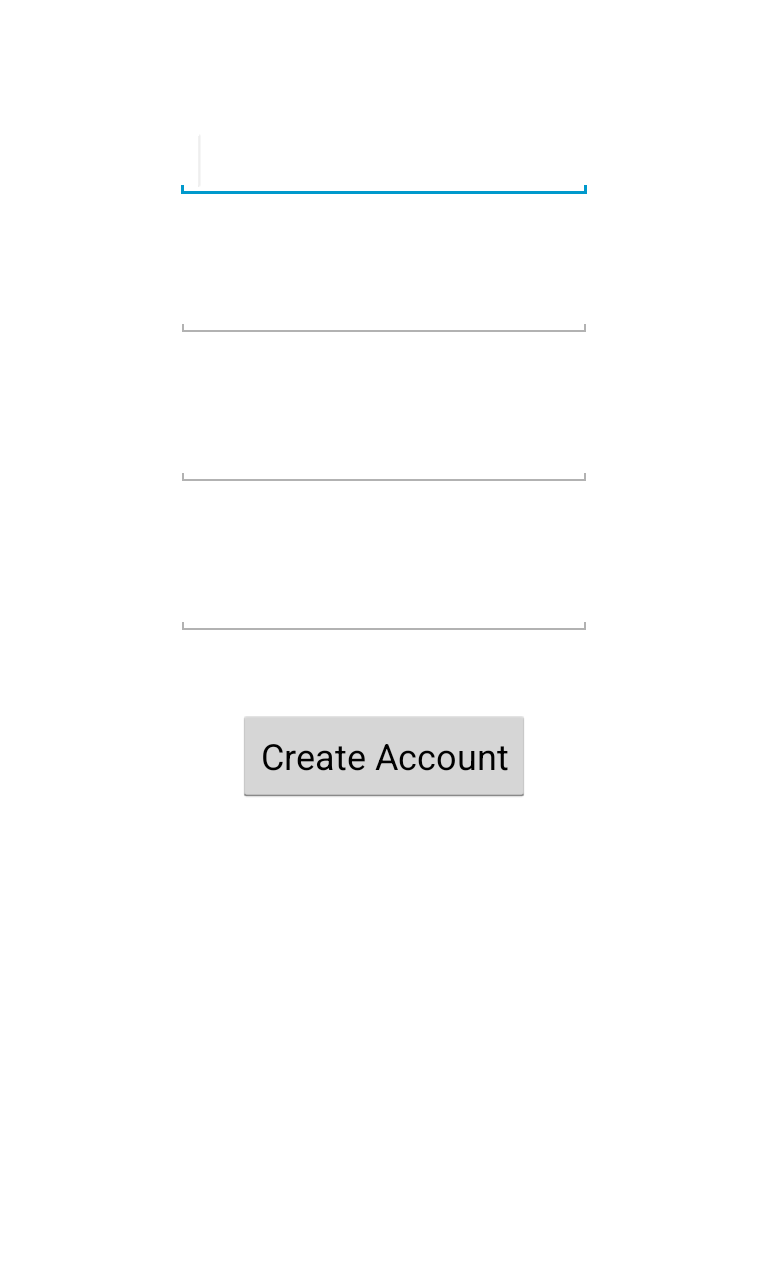
Repository: NarenPamza/Android_Template
Layout: LastNightParty/res/layout/activity_create_new_account.xml
These files come from the project's save history. The layout is drawn as it stood at one moment and after the next save; the edit follows.
It is drawn on a 768 x 1280 px phone screen (xhdpi) without system bars, with theme AppTheme; the app's code is not run.

Above is the layout before, as saved 2015-12-25 13:55:57.

After the next save:
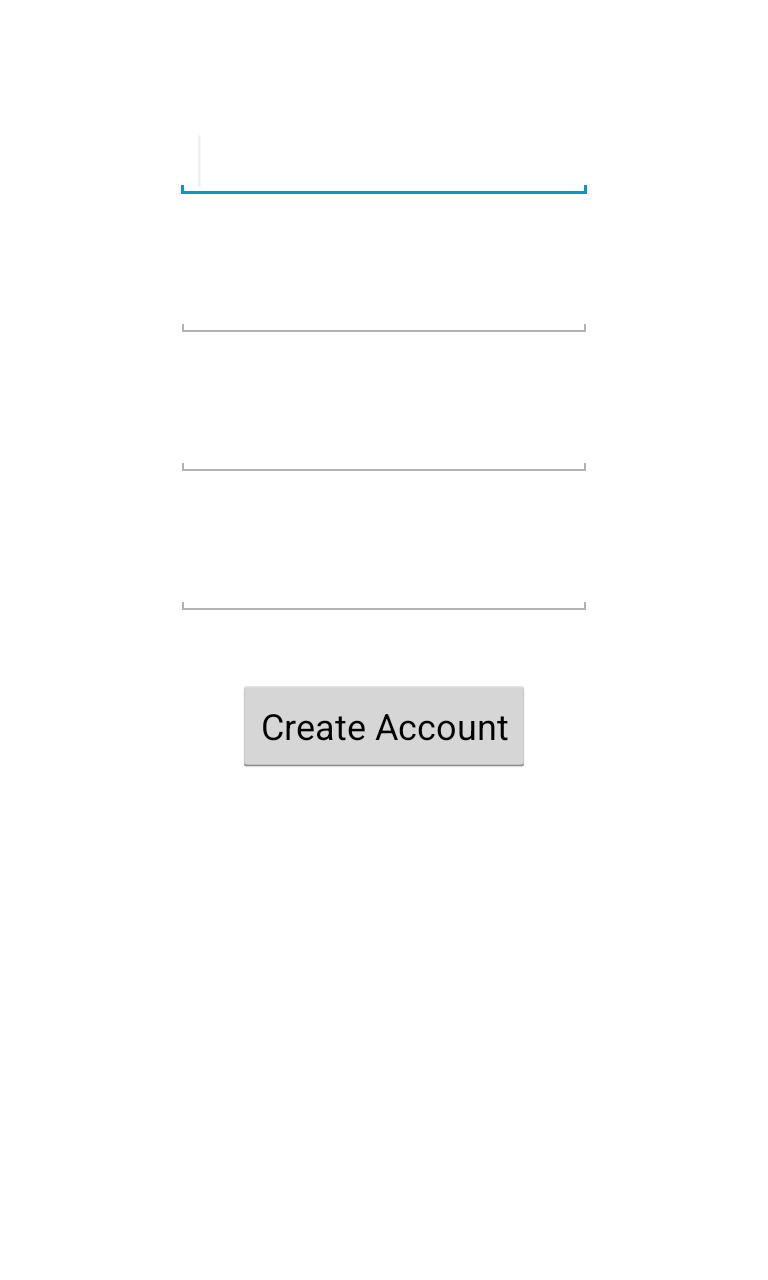
Saved 12 s later.
--- a/LastNightParty/res/layout/activity_create_new_account.xml
+++ b/LastNightParty/res/layout/activity_create_new_account.xml
@@ -37,7 +37,7 @@
         android:layout_height="wrap_content"
         android:layout_alignLeft="@+id/editText2"
         android:layout_below="@+id/editText2"
-        android:layout_marginTop="35dp"
+        android:layout_marginTop="30dp"
         android:ems="10"
         android:inputType="textEmailAddress" />
 
@@ -47,7 +47,7 @@
         android:layout_height="wrap_content"
         android:layout_alignLeft="@+id/editText3"
         android:layout_below="@+id/editText3"
-        android:layout_marginTop="35dp"
+        android:layout_marginTop="30dp"
         android:ems="10"
         android:inputType="textPassword" />
 
@@ -57,7 +57,7 @@
         android:layout_height="wrap_content"
         android:layout_below="@+id/editText4"
         android:layout_centerHorizontal="true"
-        android:layout_marginTop="35dp"
+        android:layout_marginTop="30dp"
         android:text="Create Account" />
 
 </RelativeLayout>
